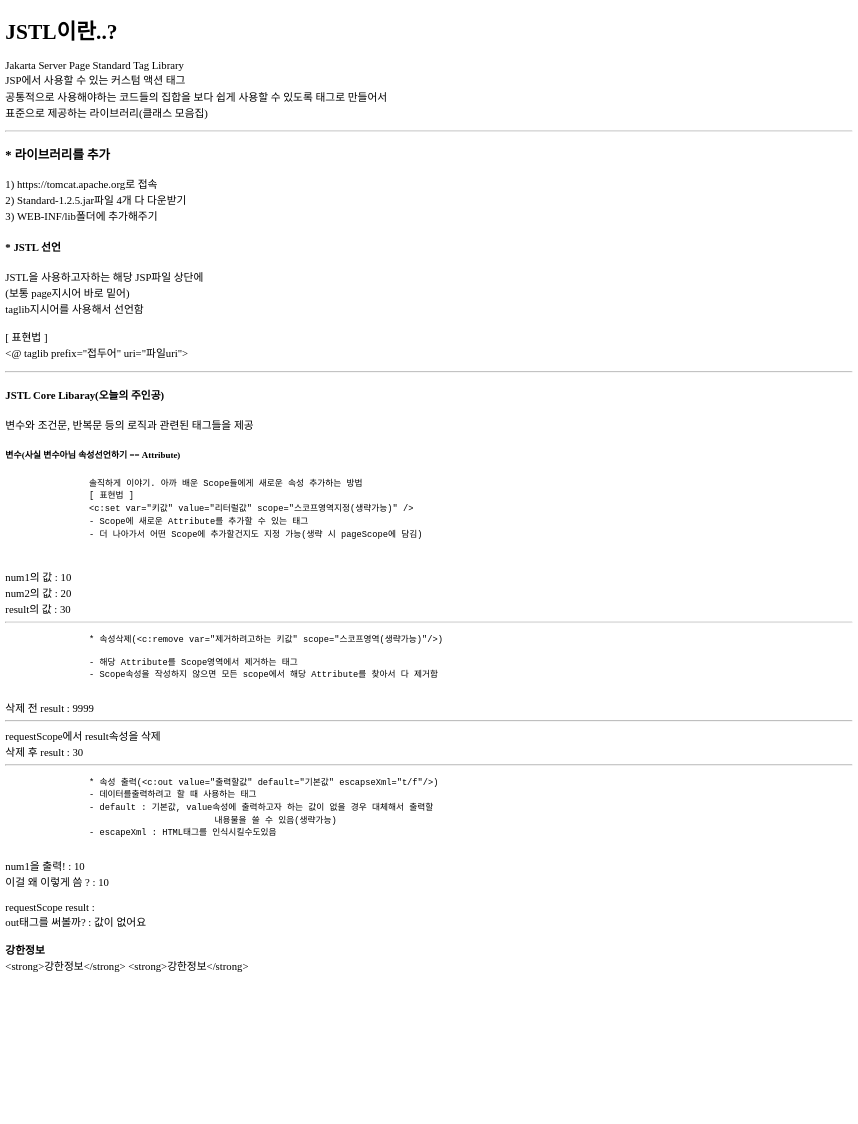
Repository: dltbxkfm86-creator/web
Page: http://localhost/Action/jstl.do
The author's editor kept a copy of each file at every save. The page is drawn from the files as they stood at one save, then again after the next save.
The browser window is 1280 px wide. The pictures show the whole page, at 67% of full size.
The page is served by Tomcat 9. Other server files are loaded and not shown.

Above is the page before, as saved 2025-09-25 00:35:49.

### Action/src/main/webapp/WEB-INF/views/customaction/JSTL.jsp
<%@ page language="java" contentType="text/html; charset=UTF-8"
    pageEncoding="UTF-8"%>
<%@ taglib prefix="c" uri="http://java.sun.com/jsp/jstl/core" %>
<!--
	URI(Uniform Resource Identifier)
	식별자 - 고유한 이름(PK) -> 실제 위치가 아니라 논리적인 식별값

	URL(Uniform Resource Locator)
	위치정보 -> 실제 파일의 경로나 웹 주소
 -->
<!DOCTYPE html>
<html>
<head>
<meta charset="UTF-8">
<title>자신과의 싸움</title>
</head>
<body>
	<h1>JSTL이란..?</h1>

	<p>
		Jakarta Server Page Standard Tag Library <br>
		JSP에서 사용할 수 있는 커스텀 액션 태그 <br>
		공통적으로 사용해야하는 코드들의 집합을 보다 쉽게 사용할 수 있도록 태그로 만들어서 <br>
		표준으로 제공하는 라이브러리(클래스 모음집)
	</p>

	<hr>

	<h3>* 라이브러리를 추가</h3>

	1) https://tomcat.apache.org로 접속 <br>
	2) Standard-1.2.5.jar파일 4개 다 다운받기 <br>
	3) WEB-INF/lib폴더에 추가해주기 <br>

	<h4>* JSTL 선언</h4>

	<p>
		JSTL을 사용하고자하는 해당 JSP파일 상단에 <br>
		(보통 page지시어 바로 밑어) <br>
		taglib지시어를 사용해서 선언함 <br><br>

		[ 표현법 ]<br>
		&lt;@ taglib prefix="접두어" uri="파일uri">
	</p>

	<hr>

	<h4>JSTL Core Libaray(오늘의 주인공)</h4>

	<p>
		변수와 조건문, 반복문 등의 로직과 관련된 태그들을 제공
	</p>

	<h5>변수(사실 변수아님 속성선언하기 == Attribute)</h5>

	<pre>
		솔직하게 이야기. 아까 배운 Scope들에게 새로운 속성 추가하는 방법
		[ 표현법 ]
		&lt;c:set var="키값" value="리터럴값" scope="스코프영역지정(생략가능)" />
		- Scope에 새로운 Attribute를 추가할 수 있는 태그
		- 더 나아가서 어떤 Scope에 추가할건지도 지정 가능(생략 시 pageScope에 담김)

	</pre>
	<%
		request.setAttribute("num1", 10);
	%>

	<c:set var="num1" value="10" />
	<c:set var="num2" value="20" scope="request"/>
	<c:set var="result" value="${ num1 + num2 }" scope="session" />

	num1의 값 : ${ num1 } <br>
	num2의 값 : ${ num2 } <br>
	result의 값 : ${ result } <br>

	<c:set var="result" scope="request">9999</c:set>
	<!--  value속성 말고 시작태그와 종료태그 사이에도 대입할 값을 기술할 수 있음 -->

	<hr>

	<pre>
		* 속성삭제(&lt;c:remove var="제거하려고하는 키값" scope="스코프영역(생략가능)"/>)

		- 해당 Attribute를 Scope영역에서 제거하는 태그
		- Scope속성을 작성하지 않으면 모든 scope에서 해당 Attribute를 찾아서 다 제거함
	</pre>

	삭제 전 result : ${ result } <br>

	<hr>

	requestScope에서 result속성을 삭제 <br>
	<c:remove var="result" scope="request"/>

	삭제 후 result : ${ result } <br>

	<hr>

	<pre>
		* 속성 출력(&lt;c:out value="출력할값" default="기본값" escapseXml="t/f"/>)
		- 데이터를출력하려고 할 때 사용하는 태그
		- default : 기본값, value속성에 출력하고자 하는 값이 없을 경우 대체해서 출력할
					내용물을 쓸 수 있음(생략가능)
		- escapeXml : HTML태그를 인식시킬수도있음
	</pre>

	num1을 출력! : <c:out value="${ num1 }" /> <br>
	이걸 왜 이렇게 씀 ? : ${ num1 } <br>

	<br>

	requestScope result : ${ requestScope.result } <br>
	out태그를 써볼까? : <c:out value="${ requestScope.result }" default="값이 없어요" />

	<br>

	<c:set var="outStr" value="<strong>강한정보</strong>"/>
	<br>
	${ outStr } <br>
	<c:out value="${ outStr }" />
	&lt;strong>강한정보&lt;/strong>








	<br><br><br><br><br><br><br><br><br><br><br><br><br>
</body>
</html>

### Action/src/main/java/com/kh/el/controller/JstlServlet.java
package com.kh.el.controller;

import java.io.IOException;
import javax.servlet.ServletException;
import javax.servlet.annotation.WebServlet;
import javax.servlet.http.HttpServlet;
import javax.servlet.http.HttpServletRequest;
import javax.servlet.http.HttpServletResponse;

@WebServlet("/jstl.do")
public class JstlServlet extends HttpServlet {
	private static final long serialVersionUID = 1L;

    public JstlServlet() {
        super();
    }

	protected void doGet(HttpServletRequest request, HttpServletResponse response) throws ServletException, IOException {
		request.getRequestDispatcher("WEB-INF/views/customaction/JSTL.jsp")
			   .forward(request, response);
	}

	/**
	 * @see HttpServlet#doPost(HttpServletRequest request, HttpServletResponse response)
	 */
	protected void doPost(HttpServletRequest request, HttpServletResponse response) throws ServletException, IOException {
		// TODO Auto-generated method stub
		doGet(request, response);
	}

}

After the next save:
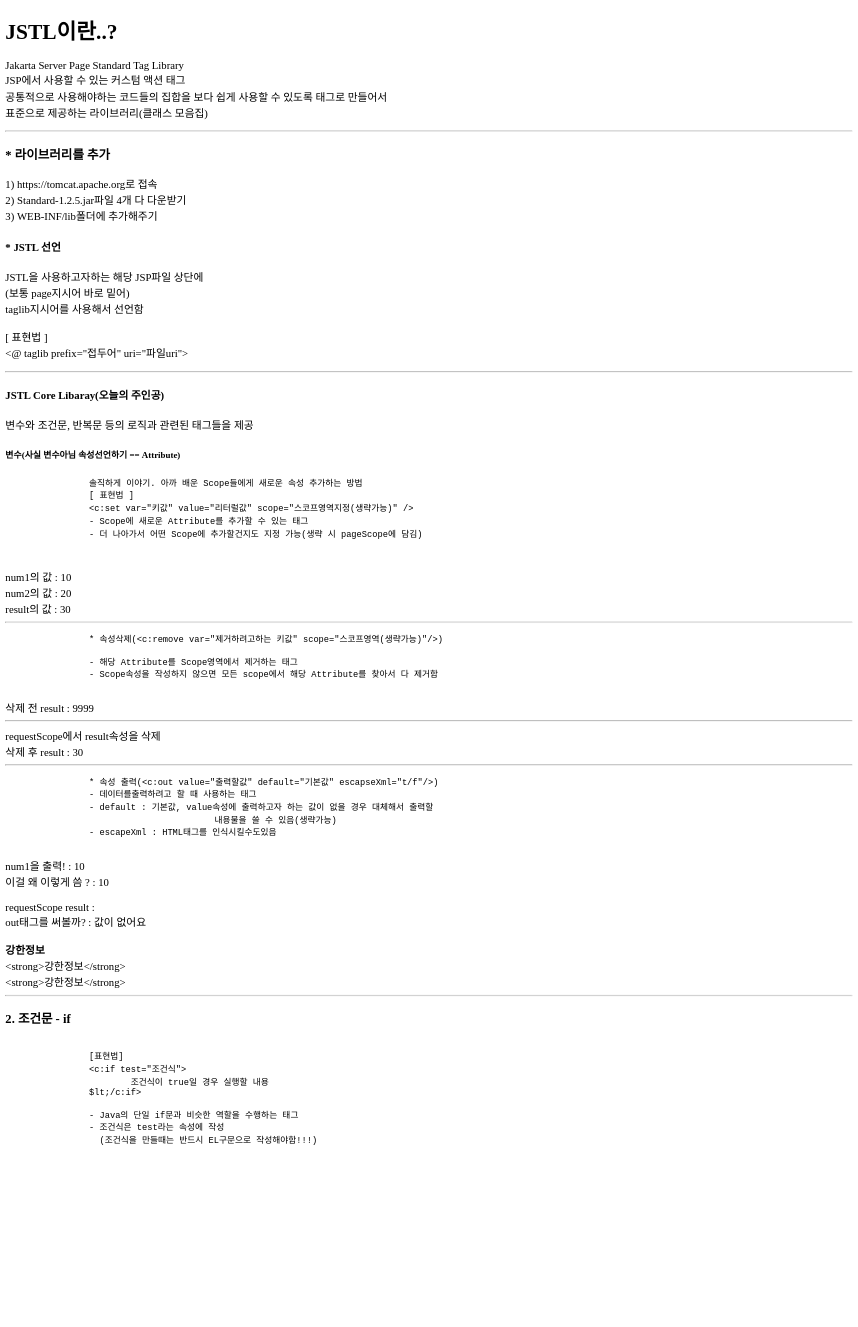
Saved 8 min 36 s later.
--- a/Action/src/main/webapp/WEB-INF/views/customaction/JSTL.jsp
+++ b/Action/src/main/webapp/WEB-INF/views/customaction/JSTL.jsp
@@ -117,10 +117,33 @@
 	<c:set var="outStr" value="<strong>강한정보</strong>"/>
 	<br>
 	${ outStr } <br>
-	<c:out value="${ outStr }" />
+	<c:out value="${ outStr }" /> <br>
 	&lt;strong>강한정보&lt;/strong>
 
+	<hr>
 
+	<h3>2. 조건문 - if</h3>
+
+	<pre>
+
+		[표현법]
+		&lt;c:if test="조건식">
+			조건식이 true일 경우 실행할 내용
+		$lt;/c:if>
+
+		- Java의 단일 if문과 비슷한 역할을 수행하는 태그
+		- 조건식은 test라는 속성에 작성
+		  (조건식을 만들때는 반드시 EL구문으로 작성해야함!!!)
+	</pre>
+	<%--
+	<% if((int)request.getAttribute("v1") > (int)request.getAttribute("v2")) {%>
+		value1이 value2보다 큽니다
+	<% } %>
+	--%>
+
+	<c:if test="${ num1 gt num2 }">
+		<strong>num1이 num2보다 큽니다.</strong> <br>
+	</c:if>
 
 
 
